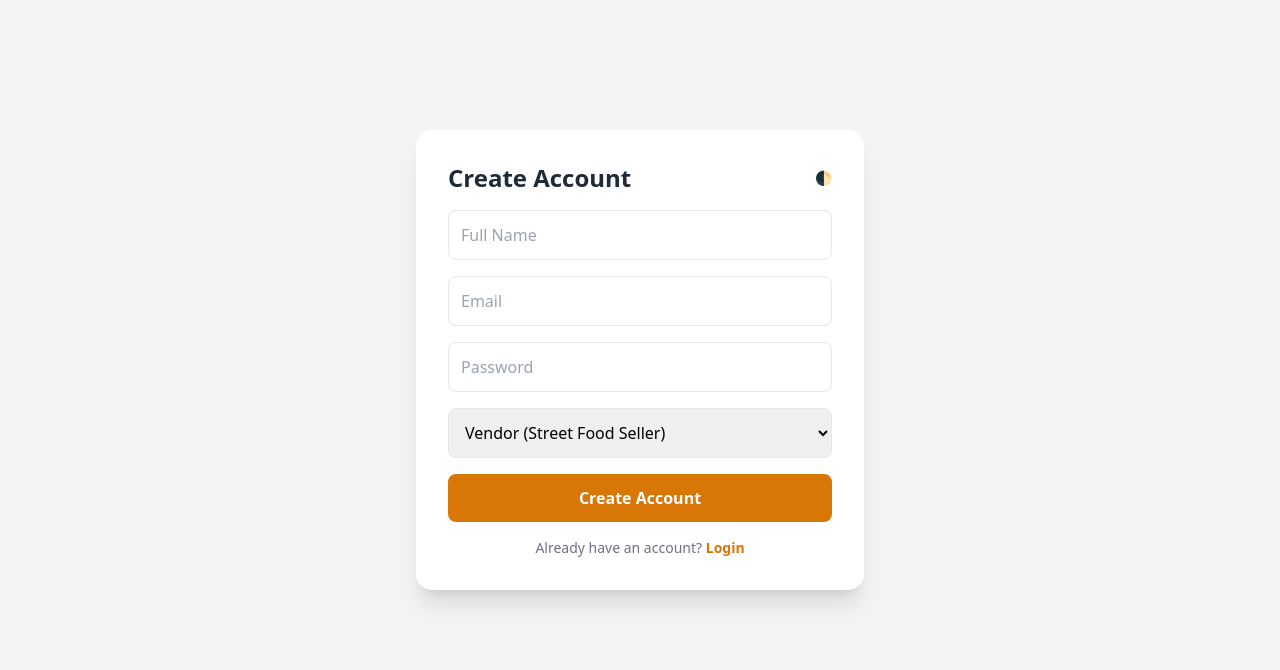
Repository: Omkar0746/VendorLink_Hackathon
Page: VendorLink_Project-main/frontend/signup.html
The author's editor kept a copy of each file at every save. The page is drawn from the files as they stood at one save, then again after the next save.
The browser window is 1280 px wide. The pictures show the whole page.
Some web libraries are served in a nearby version.

Above is the page before, as saved 2025-11-27 16:25:55.

### VendorLink_Project-main/frontend/signup.html
<!DOCTYPE html>
<html lang="en" class="bg-gray-100 dark:bg-gray-900">
<head>
  <meta charset="UTF-8">
  <title>VendorLink • Sign Up</title>
  <script src="https://cdn.tailwindcss.com"></script>
  <script>tailwind.config = { darkMode: 'class' }</script>
</head>
<body class="min-h-screen flex items-center justify-center">

  <div class="bg-white dark:bg-gray-800 rounded-2xl shadow-xl p-8 w-full max-w-md">
    <div class="flex justify-between items-center mb-4">
      <h2 class="text-2xl font-bold text-gray-800 dark:text-gray-100">Create Account</h2>
      <button id="themeToggle" class="text-sm text-gray-500 dark:text-gray-300">🌓</button>
    </div>

    <form id="signupForm" class="space-y-4">
      <input id="name" type="text" placeholder="Full Name"
             class="w-full p-3 rounded-lg border dark:border-gray-700 dark:bg-gray-900 dark:text-gray-100" required>
      <input id="email" type="email" placeholder="Email"
             class="w-full p-3 rounded-lg border dark:border-gray-700 dark:bg-gray-900 dark:text-gray-100" required>
      <input id="password" type="password" placeholder="Password"
             class="w-full p-3 rounded-lg border dark:border-gray-700 dark:bg-gray-900 dark:text-gray-100" required>

      <select id="role"
              class="w-full p-3 rounded-lg border dark:border-gray-700 dark:bg-gray-900 dark:text-gray-100" required>
        <option value="vendor">Vendor (Street Food Seller)</option>
        <option value="supplier">Supplier (Raw Material Provider)</option>
      </select>

      <button type="submit"
              class="w-full bg-amber-600 hover:bg-amber-700 text-white py-3 rounded-lg font-semibold">
        Create Account
      </button>
    </form>

    <p class="text-center text-sm text-gray-500 dark:text-gray-400 mt-4">
      Already have an account?
      <a href="login.html" class="text-amber-600 dark:text-amber-400 font-semibold">Login</a>
    </p>
  </div>

  <script type="module" src="assets/js/signup.js"></script>
</body>
</html>

### VendorLink_Project-main/frontend/assets/js/signup.js
import { api } from "./api.js";
import { initThemeToggle } from "./utils.js";

initThemeToggle();

const form = document.getElementById("signupForm");

form.addEventListener("submit", async (e) => {
  e.preventDefault();
  const name = document.getElementById("name").value.trim();
  const email = document.getElementById("email").value.trim();
  const password = document.getElementById("password").value;
  const role = document.getElementById("role").value;

  try {
    await api("/auth/signup", "POST", { name, email, password, role });
    alert("Signup successful, please login.");
    window.location.href = "login.html";
  } catch (err) {
    alert(err.message);
  }
});

### VendorLink_Project-main/frontend/assets/js/api.js
export const API_BASE = "http://localhost:5000/api";

export async function api(endpoint, method = "GET", body = null, auth = false) {
  const headers = { "Content-Type": "application/json" };
  if (auth) {
    const token = localStorage.getItem("token");
    if (token) headers["Authorization"] = `Bearer ${token}`;
  }

  const res = await fetch(`${API_BASE}${endpoint}`, {
    method,
    headers,
    body: body ? JSON.stringify(body) : null
  });

  const data = await res.json();
  if (!res.ok) throw new Error(data.error || data.message || "Request failed");
  return data;
}

### VendorLink_Project-main/frontend/assets/js/utils.js
export function getUser() {
  const raw = localStorage.getItem("user");
  return raw ? JSON.parse(raw) : null;
}

export function protectPage(requiredRole = null) {
  const token = localStorage.getItem("token");
  const user = getUser();
  if (!token || !user) {
    window.location.href = "login.html";
    return;
  }
  if (requiredRole && user.role !== requiredRole) {
    alert("You are not allowed to view this page.");
    window.location.href = "index.html";
  }
}

export function logout() {
  localStorage.removeItem("token");
  localStorage.removeItem("user");
  window.location.href = "login.html";
}

// Dark mode
export function initThemeToggle() {
  const html = document.documentElement;
  const stored = localStorage.getItem("theme") || "light";
  if (stored === "dark") html.classList.add("dark");

  const btn = document.getElementById("themeToggle");
  if (!btn) return;

  btn.addEventListener("click", () => {
    html.classList.toggle("dark");
    const isDark = html.classList.contains("dark");
    localStorage.setItem("theme", isDark ? "dark" : "light");
  });
}

After the next save:
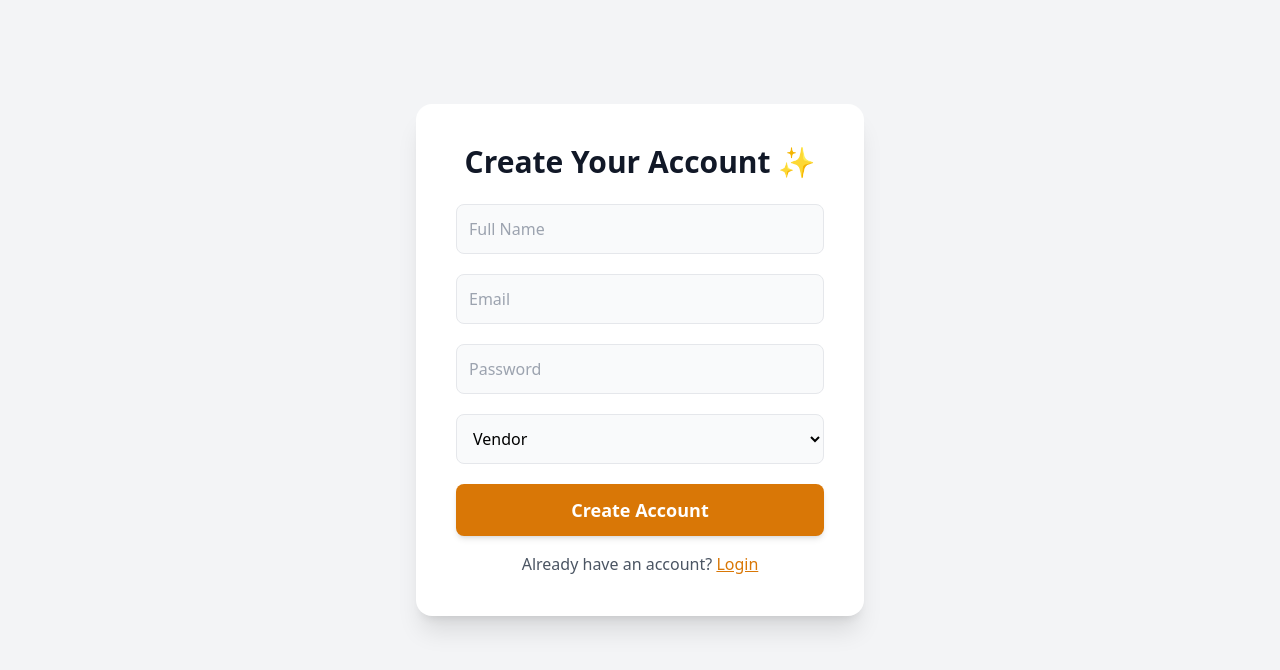
Saved 25 s later.
--- a/VendorLink_Project-main/frontend/signup.html
+++ b/VendorLink_Project-main/frontend/signup.html
@@ -2,44 +2,46 @@
 <html lang="en" class="bg-gray-100 dark:bg-gray-900">
 <head>
   <meta charset="UTF-8">
-  <title>VendorLink • Sign Up</title>
   <script src="https://cdn.tailwindcss.com"></script>
-  <script>tailwind.config = { darkMode: 'class' }</script>
+  <script>tailwind.config = { darkMode: "class" }</script>
+  <title>Signup • VendorLink</title>
 </head>
-<body class="min-h-screen flex items-center justify-center">
 
-  <div class="bg-white dark:bg-gray-800 rounded-2xl shadow-xl p-8 w-full max-w-md">
-    <div class="flex justify-between items-center mb-4">
-      <h2 class="text-2xl font-bold text-gray-800 dark:text-gray-100">Create Account</h2>
-      <button id="themeToggle" class="text-sm text-gray-500 dark:text-gray-300">🌓</button>
-    </div>
+<body class="flex items-center justify-center min-h-screen">
 
-    <form id="signupForm" class="space-y-4">
-      <input id="name" type="text" placeholder="Full Name"
-             class="w-full p-3 rounded-lg border dark:border-gray-700 dark:bg-gray-900 dark:text-gray-100" required>
-      <input id="email" type="email" placeholder="Email"
-             class="w-full p-3 rounded-lg border dark:border-gray-700 dark:bg-gray-900 dark:text-gray-100" required>
-      <input id="password" type="password" placeholder="Password"
-             class="w-full p-3 rounded-lg border dark:border-gray-700 dark:bg-gray-900 dark:text-gray-100" required>
+<div class="bg-white dark:bg-gray-800 shadow-xl rounded-2xl p-10 w-full max-w-md">
 
-      <select id="role"
-              class="w-full p-3 rounded-lg border dark:border-gray-700 dark:bg-gray-900 dark:text-gray-100" required>
-        <option value="vendor">Vendor (Street Food Seller)</option>
-        <option value="supplier">Supplier (Raw Material Provider)</option>
-      </select>
+  <h1 class="text-3xl font-bold text-center text-gray-900 dark:text-gray-100 mb-6">
+    Create Your Account ✨
+  </h1>
 
-      <button type="submit"
-              class="w-full bg-amber-600 hover:bg-amber-700 text-white py-3 rounded-lg font-semibold">
-        Create Account
-      </button>
-    </form>
+  <form id="signupForm" class="space-y-5">
 
-    <p class="text-center text-sm text-gray-500 dark:text-gray-400 mt-4">
-      Already have an account?
-      <a href="login.html" class="text-amber-600 dark:text-amber-400 font-semibold">Login</a>
-    </p>
-  </div>
+    <input id="name" placeholder="Full Name"
+           class="w-full p-3 rounded-lg border dark:border-gray-700 bg-gray-50 dark:bg-gray-900 dark:text-gray-100" required>
 
-  <script type="module" src="assets/js/signup.js"></script>
+    <input id="email" placeholder="Email"
+           class="w-full p-3 rounded-lg border dark:border-gray-700 bg-gray-50 dark:bg-gray-900 dark:text-gray-100" required>
+
+    <input id="password" type="password" placeholder="Password"
+           class="w-full p-3 rounded-lg border dark:border-gray-700 bg-gray-50 dark:bg-gray-900 dark:text-gray-100" required>
+
+    <select id="role"
+            class="w-full p-3 rounded-lg border dark:border-gray-700 bg-gray-50 dark:bg-gray-900 dark:text-gray-100" required>
+      <option value="vendor">Vendor</option>
+      <option value="supplier">Supplier</option>
+    </select>
+
+    <button class="w-full bg-amber-600 hover:bg-amber-700 text-white py-3 rounded-lg text-lg font-semibold shadow-md">
+      Create Account
+    </button>
+  </form>
+
+  <p class="text-center mt-4 text-gray-600 dark:text-gray-300">
+      Already have an account? <a href="login.html" class="text-amber-600 dark:text-amber-400 underline">Login</a>
+  </p>
+</div>
+
+<script type="module" src="assets/js/signup.js"></script>
 </body>
 </html>
